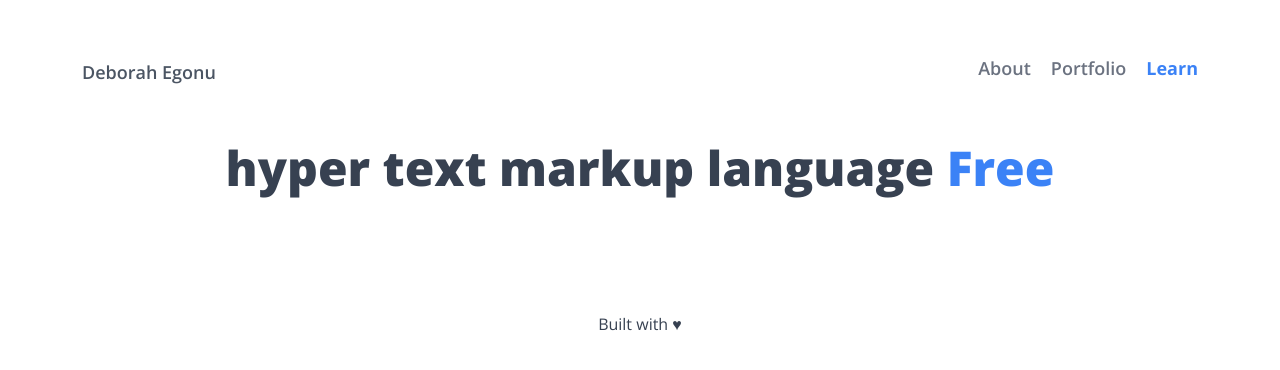
Repository: latenightsnacc/codewithdeb
Page: learn/courses/HTML/getting-started.html
These files come from the project's save history. The page is drawn as it stood at one moment and after the next save; the edit follows.
The browser window is 1280 px wide. The pictures show the whole page.
The style sheet was rebuilt from its Sass, Less or Tailwind sources for each picture, by a compiler version that may differ from the author's.

Above is the page before, as saved 2021-06-07 14:09:43.

After the next save:
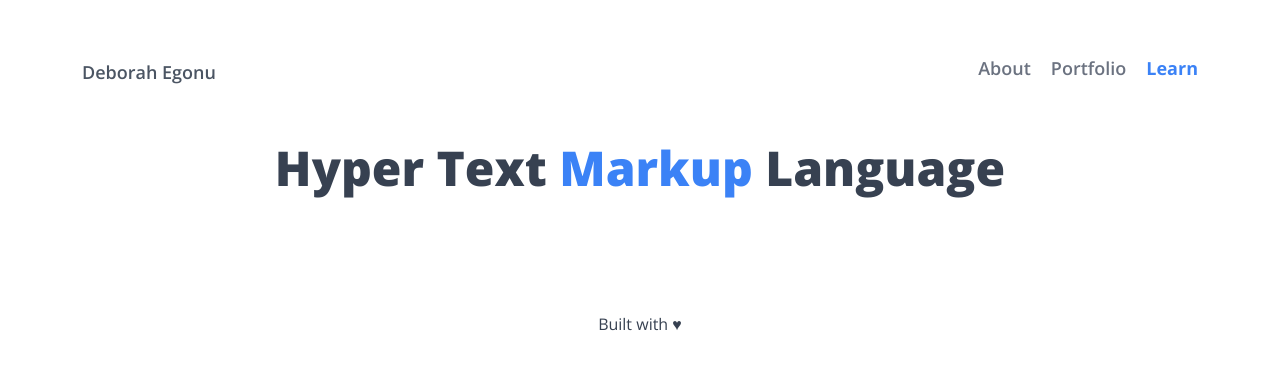
Saved 34 s later.
--- a/learn/courses/HTML/getting-started.html
+++ b/learn/courses/HTML/getting-started.html
@@ -44,7 +44,7 @@
     <div class="h-12"></div>
     <!--H1 TEXT-->
     <div class="container">
-        <h1 class="text-center font-black text-2xl md:text-4xl lg:text-5xl text-gray-700">hyper text markup language <span class="text-blue-500">Free</span></h1>
+        <h1 class="text-center font-black text-2xl md:text-4xl lg:text-5xl text-gray-700 capitalize">hyper text <span class="text-blue-500">markup</span> language </h1>
     </div>
     <!--SPACER-->
     <div class="h-16"></div>
